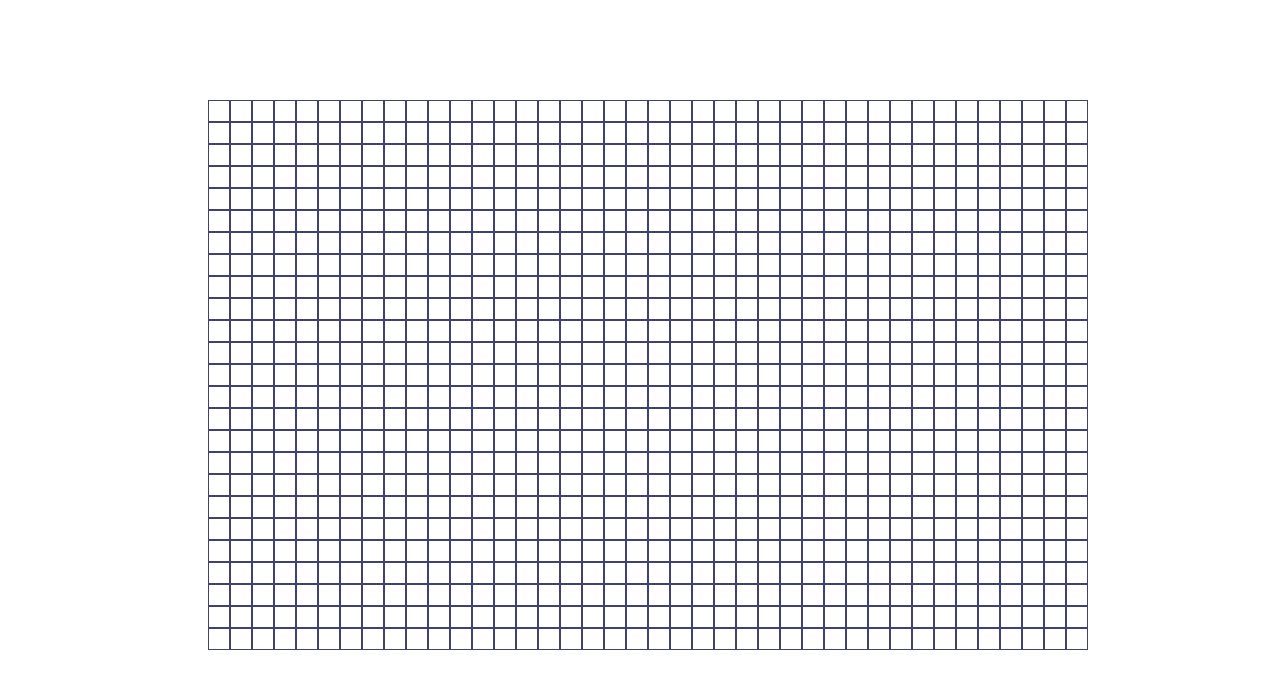
Repository: NikhilJohny/Pathfinding---ReactJS
Page: /
An editor plug-in stored every save of this project. The page is shown before and after the next save, followed by the edit.
The browser window is 1280 px wide. The pictures show the whole page.
The project was rebuilt for these pictures with package versions that can differ from the ones it lists, and the page was loaded fresh each time.

Above is the page before, as saved 2021-05-06 12:14:45.

### src/index.js
import React from 'react'
import ReactDOM from 'react-dom'
import App from './App'

ReactDOM.render(
  <App/>,
  document.getElementById('root')
)

### src/App.js
import React from "react"
import PathFindingView from './PathFindingView'


class App extends React.Component {
    render() {
        return (
        <PathFindingView />
        )
    }
}

export default App;

### src/PathFindingView.js
import React,{Component} from "react"
import Nodes from './Nodes'
import './Node.css';
import update from 'react-addons-update';

const grid = () =>{
    const rowArray = [];
    for(let i = 0; i < 20; i++){
        const colArray = [];
        for(let j = 0; j < 50; j++){
            colArray.push(createNode(i,j));
        }
        rowArray.push(colArray);
    }
    return rowArray;
}

const createNode = ((i,j) => {
    const NodeObj = {
      row : i,
      col : j,
      start : false,
      end : false,
      previous : null,
      top : null,
      bottom : null,
      left : null,
      right : null,
      wall : false
    }
    return NodeObj;
})

class PathFindingView extends Component{
    constructor(){
        super();
        this.state = {
            board : [],
            mousePressed : false,
            currentGrid : null,
        }
    }
    componentDidMount(){
        const arr = grid()
        this.setState({board : arr})
    }


    mouseDownFunctions(rows, cols){
        const grid = this.state.board;
        grid[rows][cols].wall = !grid[rows][cols].wall
        this.updateIndex(rows,cols,grid[rows][cols])
    }

    updateIndex(rows, cols, content){
        this.setState(update(this.state ,{
            board : {
                [rows]:{
                    [cols]:{
                        $set : content
                    }
                }
            },
            mousePressed : {
                $set : true
            },
            currentGrid : {
                $set : content
            }
        }))
    }

    mouseEnterFunction(rows,cols){
        const grid = this.state.board;
        if(!this.state.mousePressed || this.state.currentGrid === grid[rows][cols]) return;
        if(this.state.currentGrid !== grid[rows][cols] && this.state.mousePressed){
            if(this.state.mousePressed){
                grid[rows][cols].wall = !grid[rows][cols].wall
                this.updateIndex(rows,cols,grid[rows][cols])
            }
        }
    }
    mouseUpFunction(){
        this.setState({
            mousePressed : false
        })
    }

    render(){
        const NodeComponent = []
        this.state.board.map((rows,rowKeys) =>{
            rows.map((cols,colKeys) => {
                NodeComponent.push(
                    <Nodes
                        id = {colKeys}
                        row = {cols.row}
                        col = {cols.col}
                        wall = {cols.wall}
                        onMouseDown = {(row,col) => this.mouseDownFunctions(row,col)}
                        onMouseEnter = {(row,col) => this.mouseEnterFunction(row,col)}
                        onMouseUp = {() => this.mouseUpFunction()}
                    />
                )
            })
        })
        return (
            <div className = "canvas">
                {NodeComponent}
            </div>
        )

    }
}

export default PathFindingView

### src/Nodes.js
import React , {Component} from "react"
import './Node.css';

class Nodes extends Component{

    render(){
        const nodeClass = this.props.wall ? 'Node node-wall' : 'Node'
        return(
            <div className = {nodeClass}
            onMouseDown = {() => this.props.onMouseDown(this.props.row,this.props.col)}
            onMouseEnter = {() => this.props.onMouseEnter(this.props.row,this.props.col)}
            onMouseUp = {() => this.props.onMouseUp()}
            >
            </div>
        )
    }
}

export default Nodes;

### src/Node.css
.canvas {
    margin-top: 100px;
    margin-left: 200px;
    max-width: 900px;
    min-width: 900px;
}

.Node {
    margin-bottom: -4px;
    width: 20px;
    height: 20px;
    border: 1px solid rgba(0, 0, 66, 0.75);
    display: inline-block;
}

.node-wall {
    animation-name: visitedAnimation;
    animation-duration: 0.2s;
    animation-timing-function: ease-out;
    animation-delay: 0;
    animation-direction: alternate;
    animation-iteration-count: 1;
    animation-fill-mode: forwards;
    animation-play-state: running;
}

@keyframes visitedAnimation {
    0% {
        transform: scale(0.3);
        background-color: rgba(0, 0, 66, 0.75);
        border-radius: 100%;
    }
    50% {
        background-color: rgba(0, 0, 66, 0.75);
    }
    75% {
        transform: scale(1.2);
        background-color: rgba(0, 0, 66, 0.75);
    }
    100% {
        transform: scale(1);
        background-color: rgba(0, 0, 66, 0.75);
        border-color: transparent;
    }
}

Loaded but not shown: public/index.html (common file)

After the next save:
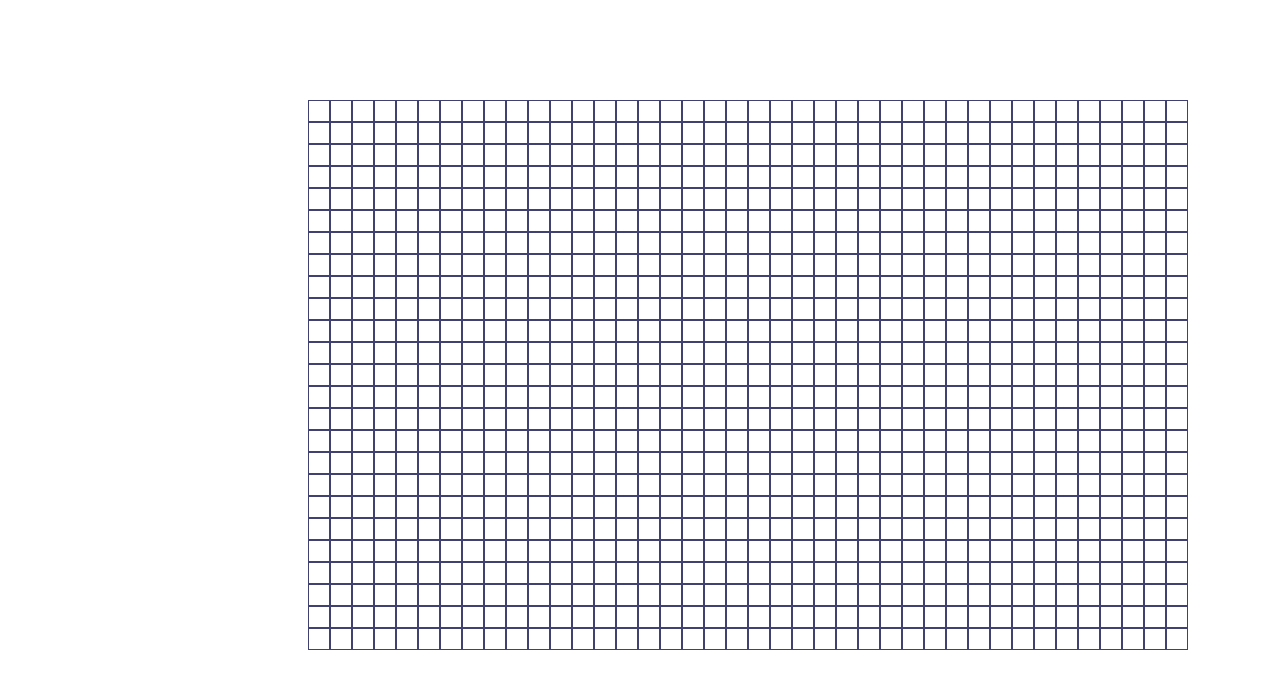
Saved 6 s later.
--- a/src/Node.css
+++ b/src/Node.css
@@ -1,6 +1,6 @@
 .canvas {
     margin-top: 100px;
-    margin-left: 200px;
+    margin-left: 300px;
     max-width: 900px;
     min-width: 900px;
 }
